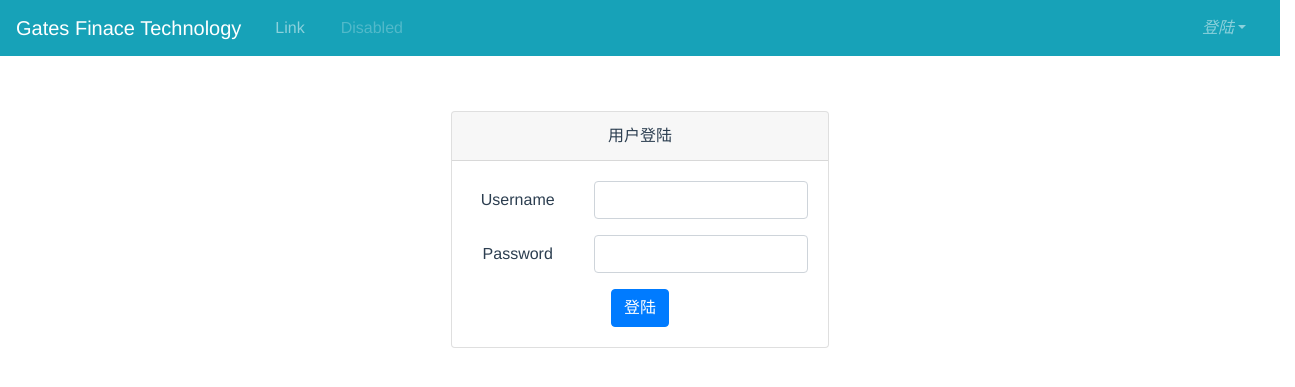
Repository: sqsssq/GatesFinace
Page: /login (app in webview/)
An editor plug-in stored every save of this project. The page is shown before and after the next save, followed by the edit.
The browser window is 1280 px wide. The page is 1295 px wide, so the pictures cover 1295 px, including what lies to the right of the window. The pictures show the whole page.
The project was rebuilt for these pictures with package versions that can differ from the ones it lists, and the page was loaded fresh each time. Also part of the build but not shown: webview/src/components/HelloWorld.vue, webview/src/views/Home.vue, webview/src/components/gatesCarousel.vue, webview/src/views/main.vue.

Above is the page before, as saved 2020-11-03 16:16:36.

After the next save:
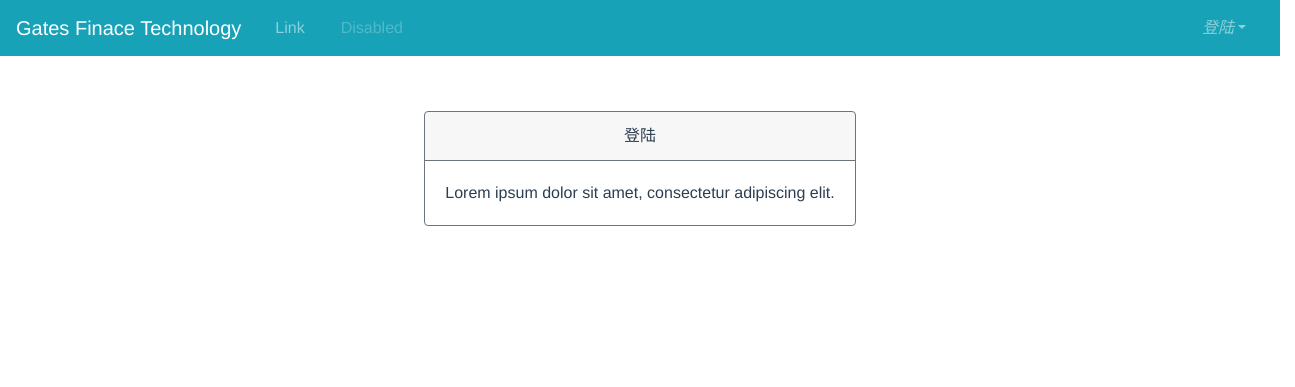
Saved 62 s later.
--- a/webview/src/components/gatesLogin.vue
+++ b/webview/src/components/gatesLogin.vue
@@ -8,38 +8,15 @@
 -->
 <template>
   <div>
-    <!-- <b-card
+    <b-card
         border-variant="secondary"
         header="登陆"
         header-border-variant="secondary"
         align="center"
       >
         <b-card-text>Lorem ipsum dolor sit amet, consectetur adipiscing elit.</b-card-text>
-      </b-card> -->
+      </b-card>
 
-            <div class="card">
-                <div class="card-header">
-                    用户登陆
-                </div>
-                <div class="card-body">
-                        <div class="form-group row">
-                            <label for="staticEmail" class="col-sm-4 col-form-label">Username</label>
-                            <div class="col-sm-8">
-                                <input type="text" class="form-control" id="staticEmail" name="username">
-                            </div>
-                        </div>
-                        <div class="form-group row">
-                            <label for="inputPassword" class="col-sm-4 col-form-label">Password</label>
-                            <div class="col-sm-8">
-                                <input type="password" class="form-control" id="inputPassword" name="password">
-                            </div>
-                        </div>
-                        <div style="text-align: center;">
-                            <button class="btn btn-primary">登陆</button>
-                            <!-- <router-link>注册</router-link> -->
-                        </div>
-                </div>
-            </div>
   </div>
 </template>
 
